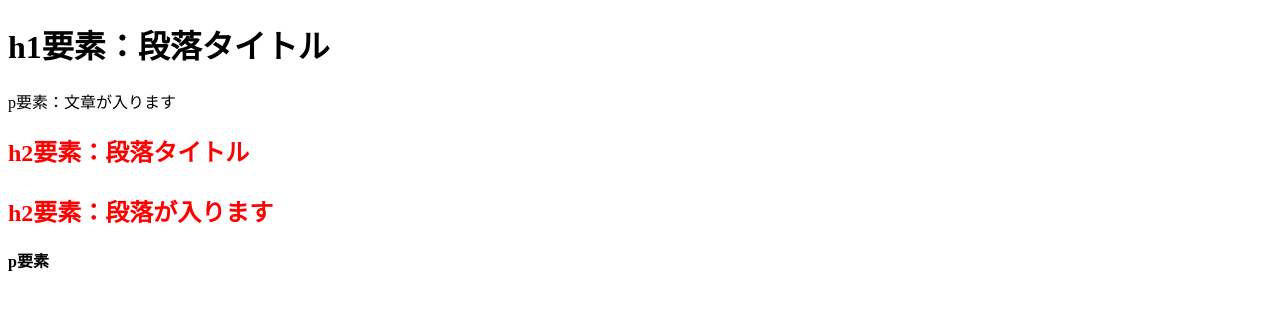
Repository: jittunYs/samurai_HTML-CSS
Page: index.html
The author's editor kept a record of every edit. The page is drawn from the files as they stood at one moment, then again after the next edit.
The browser window is 1280 px wide. The pictures show the whole page.

Above is the page before.

### index.html
<!DOCTYPE html>
<html lang = "ja">
    <head>
        <meta charset="UTF-8">
        <title>HTML/CSSの学習</title>
        <style>
            h2{color:red

            };
        </style>
    </head>
    <body>
        <h1>h1要素：段落タイトル</h1>
        <p>p要素：文章が入ります</p>
        <h2>h2要素：段落タイトル</h2>
        <p style ="font-size:25px;"></p>
        <h2>h2要素：段落が入ります</h2>
        <p style ="font-weight:bold;">p要素</p>
    </body>
</html>

### stylesheet.css
@charset "utf-8";

body {
	margin: 0;
	padding: 0;
	font-family: "ヒラギノ角ゴ Pro W3", "Hiragino Kaku Gothic Pro", "メイリオ", Meiryo, Osaka, "ＭＳ Ｐゴシック", "MS PGothic", sans-serif;
	color: #333;
	font-size: 13px;
	line-height: 150%;
}

/* -------------------- wrapper -------------------- */
#wrapper {
	width: 100%;
	margin: auto;
	padding: 0px;
	border: 0px;
	background-color: #FFF;
	top:10px;
	position:relative;
}
/* -------------------- header -------------------- */
#header {
 	width: 100%;
}
#header h1 {
	 margin: 0;
	 padding: 0;
 }

 #corridor {
	 width: 100%;
	 height: auto;
}

/* -------------------- footer -------------------- */
#footer{
	clear: both;
	width: 100%;
	padding: 3px 0px 3px 0px;
	background: #39F;
	color: #FFF;
	font-weight: bold;
    text-align: center;
}

 /* -------------------- nav -------------------- */
 #nav {
	 width: 100%;

 }
#nav ul {
	 margin: 0;
	 padding: 0;
	 list-style-type: none;
}
 #nav ul li {
	 float: left;
	 width: 20%;
	 text-align: center;
 }
 #nav ul li a {
	 display: block;
	 height: 20px;
	 margin: 0;
	 padding: 10px;
	 color: #FFF;
	 font-size: 20px;
	 text-decoration: none;
	 background-color: green;
 }

#nav ul li a:hover{
	filter:drop-shadow(10px 10px 10px black);
}



/* -------------------- container -------------------- */
 #container {
	 width: 100%;
	 margin: auto ;
	 padding: auto;
	 padding-top: 20px;
	 clear: both;
 }
 /* -------------------- main -------------------- */
 #main {
 	 float: left;
	 width: 60%;
	 padding: 10px 30px 10px 10px;
 }
 #main h2 {
	 margin: 0 0 10px 0;
	 padding: 3px 10px 3px 10px;
	 color: #FFF;
	 font-size: 16px;
	 border-left: solid 10px #C00;
	 background: #F90 url(../images/main_h2.jpg) right top repeat-y;
 }
 #main p {
	 margin: 0;
	 padding: 0;
 }
 #main .post {
	 margin: 0 0 30px 0;
 }

 #main .post img.right {
	 margin: 0 0 0 8px;
 }
 #main .post img.left {
	 margin: 0 8px 0 0;
 }

 .right {
	 float: right;
	 width: 40%;
	 height: auto;
 }
 .left {
	 float: left;
	 width: 40%;
	 height: auto;
 }

 /* -------------------- clearfix -------------------- */
 .clearfix {
	 zoom: 1;
 }
 .clearfix:after{
	 content: "";
	 display: block;
	 clear: both;
 }

/* -------------------- side -------------------- */
#side{
	float:right;
	width:30%;
	padding:20px;
	background-color:#F99;
}

#side .box{
	margin:0 auto 30px auto;
	padding:0 0 20px 0;
	background:url(images/side_box.png) bottom no-repeat;

}

#side .box h2 {
	margin: 0;
	padding: 8px;
	text-align: center;
	color: #fff;
	font-size: 16px;
	line-height: 16px;
	font-weight: normal;
	background: url(images/side_box_h2.png) center no-repeat;
}
#side .box .boxBody {
	padding: 8px;
	border-right: solid 1px #C36;
	border-bottom: solid 1px #C36;
	border-left: solid 1px #C36;
	background: #fff;
}
#side .box .boxBody ul {
	margin: 0 0 16px 0;
	padding: 0;
}
#side .box .boxBody ul li {
	padding: 8px 0 8px 4px;
	list-style: none;
	border-bottom: solid 1px #C36;
}

#side .box .boxBody ul li:hover{
	padding:8px 0px 8px 4px;
	list-style:none;
	border-bottom:solid 1px #C36;
	box-shadow:0px 4px 4px rgba(0,0,0,0.3);


}

After the next edit:
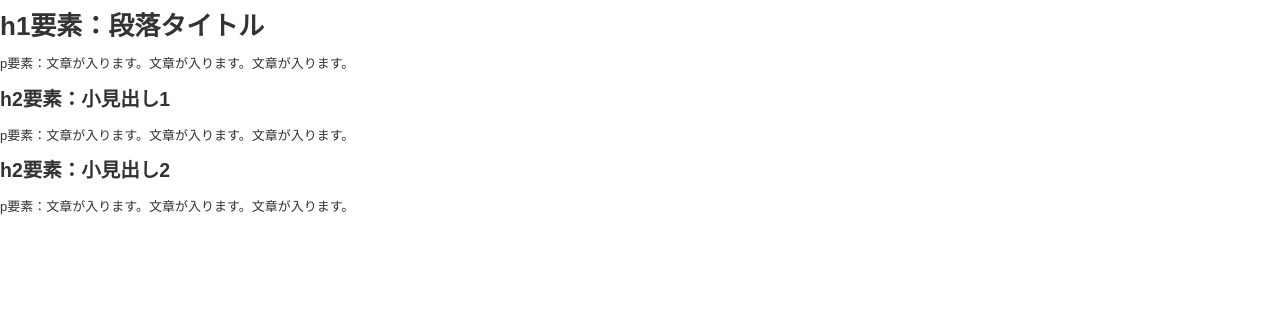
The edit:
--- a/index.html
+++ b/index.html
@@ -1,20 +1,20 @@
 <!DOCTYPE html>
-<html lang = "ja">
-    <head>
-        <meta charset="UTF-8">
-        <title>HTML/CSSの学習</title>
-        <style>
-            h2{color:red
-
-            };
-        </style>
-    </head>
-    <body>
-        <h1>h1要素：段落タイトル</h1>
-        <p>p要素：文章が入ります</p>
-        <h2>h2要素：段落タイトル</h2>
-        <p style ="font-size:25px;"></p>
-        <h2>h2要素：段落が入ります</h2>
-        <p style ="font-weight:bold;">p要素</p>
-    </body>
-</html>
+<html lang="ja">
+  <head>
+    <meta charset="UTF-8">
+    <title>HTML/CSSの学習</title>
+    <link rel="stylesheet" href="stylesheet.css">
+  </head>
+  <body>
+    <h1 class="blue">h1要素：段落タイトル</h1>
+    <p>p要素：文章が入ります。文章が入ります。文章が入ります。</p>
+    <h2 class="blue">h2要素：小見出し1</h2>
+    <p class="fs-25">
+      p要素：文章が入ります。文章が入ります。文章が入ります。
+    </p>
+    <h2 id="red">h2要素：小見出し2</h2>
+    <p class="fw-bold">
+      p要素：文章が入ります。文章が入ります。文章が入ります。
+    </p>
+  </body>
+ </html>
